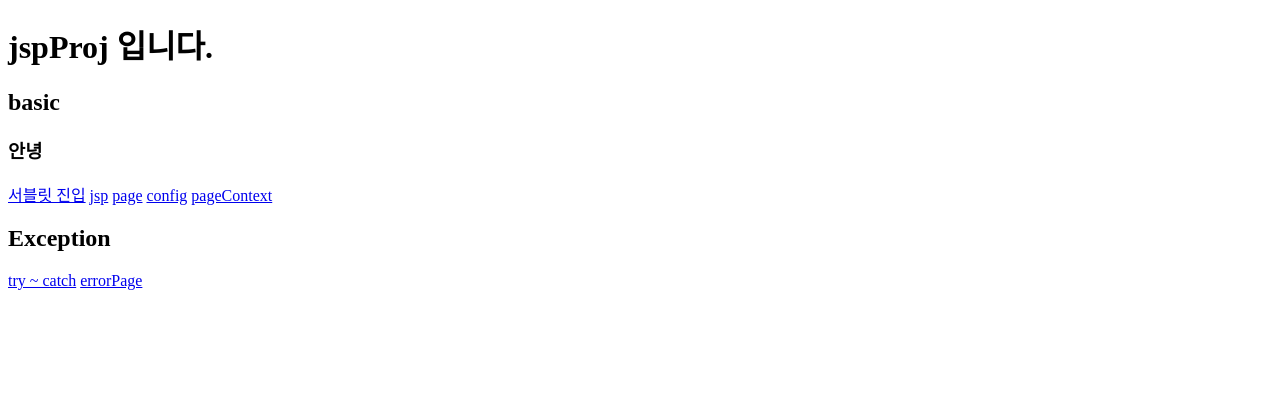
Repository: pshho/newJspProject
Page: http://localhost/JspProj/
The author's editor kept a copy of each file at every save. The page is drawn from the files as they stood at one save, then again after a run of saves.
The browser window is 1280 px wide. The pictures show the whole page.
The page is served by Tomcat 9. Other server files are loaded and not shown.

Above is the page before, as saved 2023-07-26 01:42:16.

### JspProj/src/main/webapp/index.jsp
<%@ page language="java" contentType="text/html; charset=UTF-8"
    pageEncoding="UTF-8"%>
<!DOCTYPE html>
<html>
<head>
<meta charset="UTF-8">
<title>jspProj 입니다.</title>
</head>
<body>
	<h1>jspProj 입니다.</h1>
	<h2>basic</h2>
	<h3>안녕</h3>
	<a href="basic/First">서블릿 진입</a>
	<a href="basic/03_third.jsp">jsp</a>
	<a href="basic/04_page.jsp">page</a>
	<a href="basic/05_config.jsp">config</a>
	<a href="basic/06_pageContext.jsp">pageContext</a>
	<h2>Exception</h2>
	<a href="err/aaa.jsp">try ~ catch</a>
	<a href="err/bbb.jsp">errorPage</a>
</body>
</html>

After the next 2 saves:
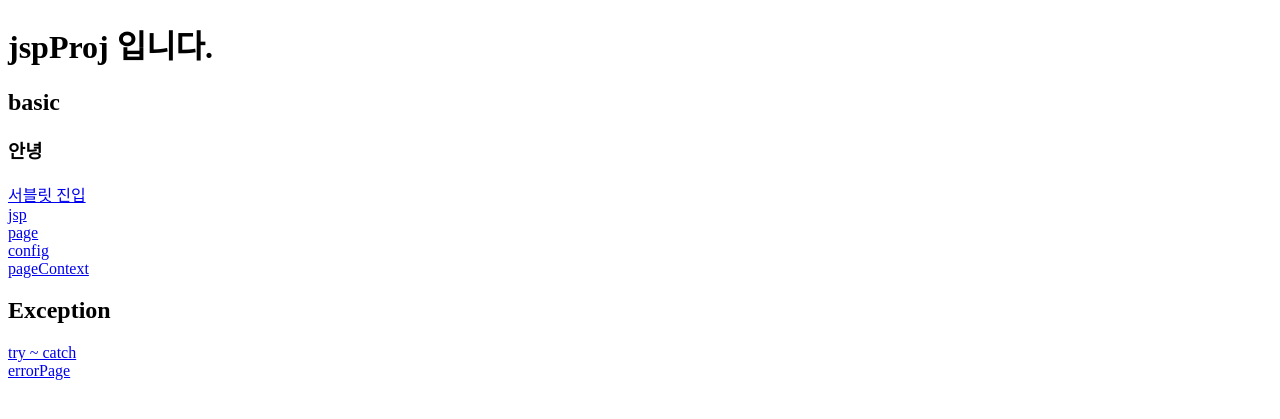
The 2 saves are shown as one change because they came seconds apart.
The last was saved 67 s later.
--- a/JspProj/src/main/webapp/index.jsp
+++ b/JspProj/src/main/webapp/index.jsp
@@ -10,13 +10,13 @@
 	<h1>jspProj 입니다.</h1>
 	<h2>basic</h2>
 	<h3>안녕</h3>
-	<a href="basic/First">서블릿 진입</a>
-	<a href="basic/03_third.jsp">jsp</a>
-	<a href="basic/04_page.jsp">page</a>
-	<a href="basic/05_config.jsp">config</a>
-	<a href="basic/06_pageContext.jsp">pageContext</a>
+	<a href="basic/First">서블릿 진입</a><br/>
+	<a href="basic/03_third.jsp">jsp</a><br/>
+	<a href="basic/04_page.jsp">page</a><br/>
+	<a href="basic/05_config.jsp">config</a><br/>
+	<a href="basic/06_pageContext.jsp">pageContext</a><br/>
 	<h2>Exception</h2>
-	<a href="err/aaa.jsp">try ~ catch</a>
-	<a href="err/bbb.jsp">errorPage</a>
+	<a href="err/aaa.jsp">try ~ catch</a><br/>
+	<a href="err/bbb.jsp">errorPage</a><br/>
 </body>
 </html>
